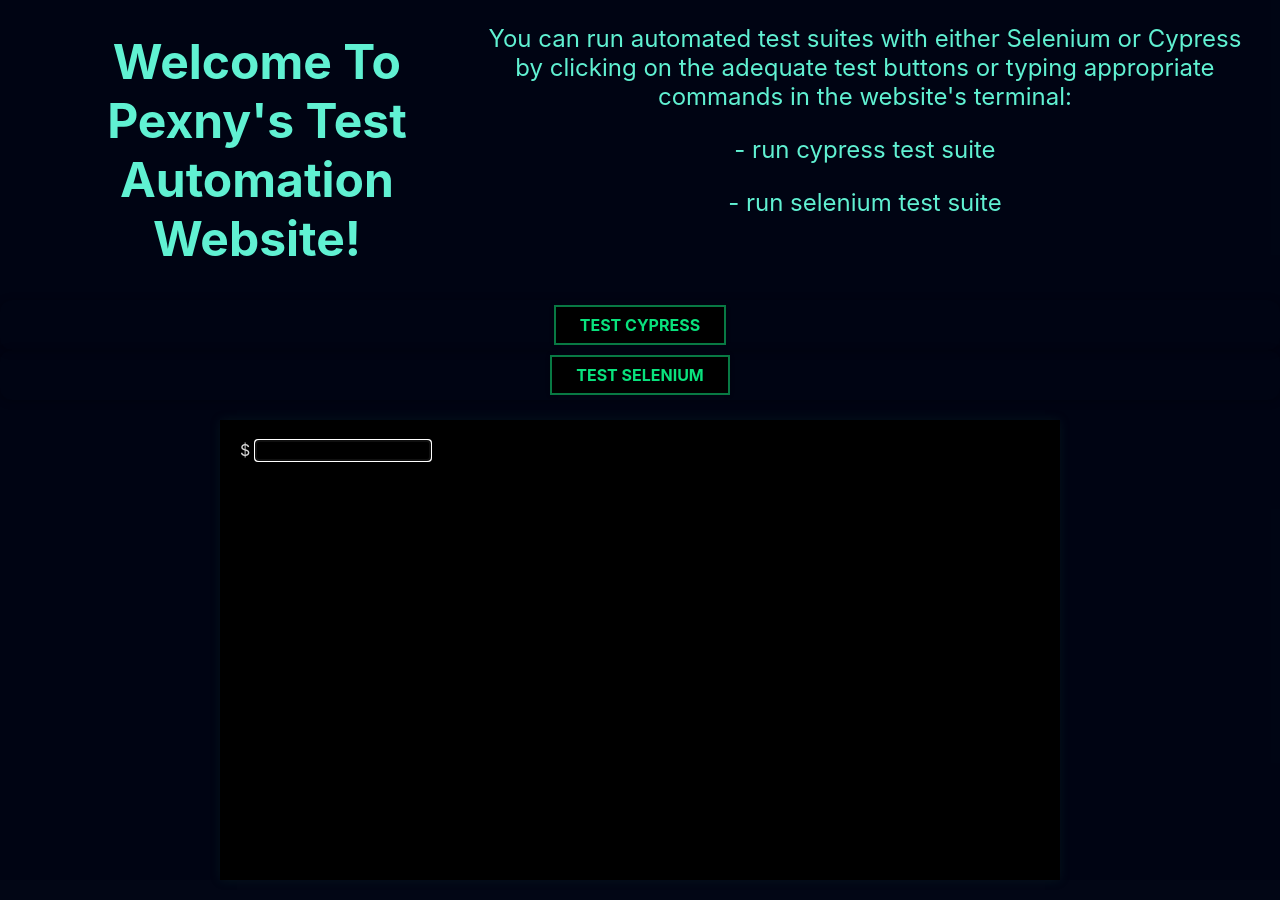
Repository: p3xny/Test-Automation-Website
Page: / (app in client/)
These files come from the project's save history. The page is drawn as it stood at one moment and after the next save; the edit follows.
The browser window is 1280 px wide. The pictures show the whole page.
The project was rebuilt for these pictures with package versions that can differ from the ones it lists, and the page was loaded fresh each time. Also part of the build but not shown: client/src/components/UI/TestMenu.js.

Above is the page before, as saved 2023-08-23 23:18:33.

### client/src/index.css
body {
  margin: 0;
  font-family: -apple-system, BlinkMacSystemFont, "Segoe UI", "Roboto", "Oxygen",
    "Ubuntu", "Cantarell", "Fira Sans", "Droid Sans", "Helvetica Neue",
    sans-serif;
  -webkit-font-smoothing: antialiased;
  -moz-osx-font-smoothing: grayscale;
  background-color: rgba(0, 5, 20, 0.993);
}

code {
  font-family: source-code-pro, Menlo, Monaco, Consolas, "Courier New",
    monospace;
}

### client/src/App.js
import React from "react";

import "./App.css";

import WelcomeMessage from "./components/UI/WelcomeMessage";
import Tests from "./components/Tests";
import Terminal from "./components/Terminal/Terminal";

function App() {
  return (
    <div className="App">
      <header className="App-header">
        <WelcomeMessage />
      </header>
      <Tests testTool="cypress" buttonId="cypress-menu" />
      <Tests testTool="selenium" buttonId="selenium-menu" />
      <Terminal />
    </div>
  );
}

export default App;

### client/src/App.css
.App {
  text-align: center;
  background: rgba(0, 5, 20, 0.993);
}

.App-logo {
  height: 40vmin;
  pointer-events: none;
}

@media (prefers-reduced-motion: no-preference) {
  .App-logo {
    animation: App-logo-spin infinite 20s linear;
  }
}

.App-header {
  /* background-color: rgba(0, 5, 20, 0.993); */
  /* min-height: 100vh; */
  /* display: flex; */
  /* flex-direction: column; */
  /* align-items: center; */
  /* justify-content: center; */
  font-size: calc(10px + 2vmin);
  color: white;
}

.App-link {
  color: #61dafb;
}

@keyframes App-logo-spin {
  from {
    transform: rotate(0deg);
  }
  to {
    transform: rotate(360deg);
  }
}

### client/src/components/UI/WelcomeMessage.js
import React from "react";

import styles from "./WelcomeMessage.module.css";

const WelcomeMessage = (props) => {
  return (
    <div className={styles.WelcomeMessage}>
      <h1>Welcome To Pexny's Test Automation Website!</h1>
      <p>
        You can run automated test suites with either Selenium or Cypress by
        clicking on the adequate test buttons or typing appropriate commands in
        the website's terminal:
        <p>- run cypress test suite</p>
        <p>- run selenium test suite</p>
      </p>
    </div>
  );
};

export default WelcomeMessage;

// const describeOriginal = require("mocha").describe;

// require("mocha").describe = (describeTitle) => {
//   TestListener.watch(describeTitle);
//   describeOriginal(describeTitle);
// };

### client/src/components/Tests.js
import React, { useState, useEffect } from "react";

import styles from "./UI/Button.module.css";

import TestMenu from "./UI/TestMenu";
import Button from "./UI/Button";
import Card from "./UI/Card";

const testCases = [
  {
    cypress: [
      { id: 1, name: "Cypress Full Test", command: "" },
      { id: 2, name: "Cypress Buttons Test", command: "" },
      { id: 3, name: "Cypress Terminal Test", command: "" },
    ],
    selenium: [
      { id: 1, name: "Selenium Full Test", command: "pytest -v" },
      {
        id: 2,
        name: "Selenium Buttons Test",
        command: "pytest -v test_client_buttons.py",
      },
      {
        id: 3,
        name: "Selenium Terminal Test",
        command: "pytest -v test_client_terminal.py",
      },
    ],
  },
];

const Tests = (props) => {
  const [isActive, setIsActive] = useState(false);

  const makeActiveHandler = (event) => {
    setIsActive(true);
    console.log("Activated!");
  };

  const makeInactiveHandler = (event) => {
    setIsActive(false);
  };

  const filterButtons = testCases.find((test) =>
    test.hasOwnProperty(props.testTool)
  );

  return (
    <div>
      {!isActive && (
        <Card>
          <Button
            name={`TEST ${props.testTool.toUpperCase()}`}
            id={`test-button-${props.buttonId}`}
            testFamily={props.testTool}
            onActivate={makeActiveHandler}
          />
        </Card>
      )}
      {isActive && (
        <Card>
          <TestMenu tests={filterButtons[props.testTool]} testTool="cypress" />
          <button
            className={styles.button}
            id={"back-button"}
            onClick={makeInactiveHandler}
          >
            BACK
          </button>
        </Card>
      )}
    </div>
  );
};

export default Tests;

### client/src/components/Terminal/Terminal.js
import React, { useState } from "react";

import styles from "./Terminal.module.css";

import Card from "../UI/Card";

const Terminal = (props) => {
  const [terminalInput, setTerminalInput] = useState("");
  const [terminalOutput, setTerminalOutput] = useState([]);

  const terminalInputHandler = (event) => {
    setTerminalInput(event.target.value);
    console.log(event.target.value);
  };

  const submitHandler = (event) => {
    event.preventDefault();
    writeToTerminal(`$ ${terminalInput}\n`);
    processCommand(terminalInput);
    setTerminalInput("");
  };

  const writeToTerminal = (message) => {
    setTerminalOutput((prevOutput) => [...prevOutput, message]);
  };

  const processCommand = async (command) => {
    try {
      const response = await fetch("http://localhost:5000/run_tests", {
        method: "POST",
        headers: {
          "Content-Type": "application/json",
        },
        body: JSON.stringify({ command }),
      });

      if (command === "clear" || command === "cls") {
        setTerminalOutput([]);
        return;
      }

      const data = await response.json();

      if (data.success) {
        writeToTerminal(data.output);
      } else {
        writeToTerminal(`Error: ${data.error}\n`);
      }
    } catch (error) {
      writeToTerminal(`Error: ${error}\n`);
    }
  };

  const highlightWords = (message) => {
    const greenWords = [
      "success",
      "Success",
      "SUCCESS",
      "passed",
      "Passed",
      "PASSED",
    ];
    const redWords = [
      // "error",
      // "Error",
      // "ERROR",
      "failed",
      "Failed",
      "FAILED",
      "FAILURES",
    ];
    const parts = message.split(
      new RegExp(`(${greenWords.concat(redWords).join("|")})`, "g")
    );

    return parts.map((part, index) => {
      if (greenWords.includes(part.toLowerCase())) {
        return (
          <span className={styles["highlighted-green"]} key={index}>
            {part}
          </span>
        );
      } else if (redWords.includes(part.toLowerCase())) {
        return (
          <span className={styles["highlighted-red"]} key={index}>
            {part}
          </span>
        );
      }
      return part;
    });
  };

  return (
    <div className={styles.terminal}>
      <div id="output">
        {terminalOutput.map((message, index) => (
          <pre key={index} className={styles.outputContent}>
            {highlightWords(message)}
          </pre>
        ))}
      </div>
      <form id="input-form" onSubmit={submitHandler}>
        <span>$</span>
        <input
          className={styles.input}
          type="text"
          id="command-input"
          value={terminalInput}
          onChange={terminalInputHandler}
          autoFocus
        />
      </form>
    </div>
  );
};

export default Terminal;

### client/src/components/UI/WelcomeMessage.module.css
.WelcomeMessage {
  color: rgb(96, 241, 210);
  font-size: 1.5rem;
  /* font-weight: bold; */
  text-align: center;
  margin-left: 2rem;
  margin-right: 2rem;
  margin-top: auto;
  margin-bottom: auto;
  display: flex;
}

### client/src/components/UI/Button.module.css
.button {
  width: 100%;
  font: inherit;
  font-weight: bold;
  padding: 0.5rem 1.5rem;
  border: 2px solid rgb(8, 121, 68);
  color: rgb(9, 226, 125);
  background: black;
  box-shadow: 0 0 4px rgba(0, 0, 0, 0.26);
  cursor: pointer;
  margin: 5px;
}

.button:focus {
  outline: none;
}

.button:hover,
.button:active {
  background: rgb(8, 121, 68);
  border-color: rgb(9, 226, 125);
  color: black;
  box-shadow: 0 0 8px rgba(0, 0, 0, 0.26);
}

@media (min-width: 768px) {
  .button {
    width: auto;
  }
}

### client/src/components/UI/Button.js
import styles from "./Button.module.css";

const Button = (props) => {
  return (
    <button id={props.id} className={styles.button} onClick={props.onActivate}>
      {props.name}
    </button>
  );
};

export default Button;

### client/src/components/UI/Card.js
import styles from "./Card.module.css";

const Card = (props) => {
  const classes = styles.card + " " + props.className;
  return <div className={classes}>{props.children}</div>;
};

export default Card;

### client/src/components/Terminal/Terminal.module.css
.terminal {
  margin-top: 20px;
  margin-bottom: 20px;
  margin-left: auto;
  margin-right: auto;

  /* border: 1px solid rgb(8, 121, 68); */
  padding: 20px;
  width: 80%;
  max-width: 800px;
  min-height: 420px;
  max-height: 420px;
  background-color: black;
  overflow-y: auto;
  overflow-x: auto;
  box-shadow: 0 0 10px rgba(23, 78, 62, 0.2);
  overflow-wrap: break-word;
}

#output {
  white-space: pre-wrap;
}

.outputContent {
  text-align: left;
  font-family: monospace;
  overflow-wrap: break-word;
  color: rgba(255, 255, 255, 0.842);
}

.highlighted-green {
  font-family: monospace;
  font-weight: bold;
  color: rgb(12, 145, 12);
}

.highlighted-red {
  font-family: monospace;
  font-weight: bold;
  color: rgb(158, 2, 2);
}

.input {
  background-color: transparent;
  /* border: none; */
  color: rgba(255, 255, 255, 0.842);
  font-family: monospace;
  caret-color: rgba(255, 255, 255, 0.842);
  margin: 0 5px;
}

form {
  display: flex;
  align-items: left;
}

span {
  color: rgba(255, 255, 255, 0.842);
  font-size: 1rem;
}

Loaded but not shown: client/public/index.html (common file); client/src/index.js (common file); client/src/reportWebVitals.js (common file); client/src/components/UI/Card.module.css (common file)

After the next save:
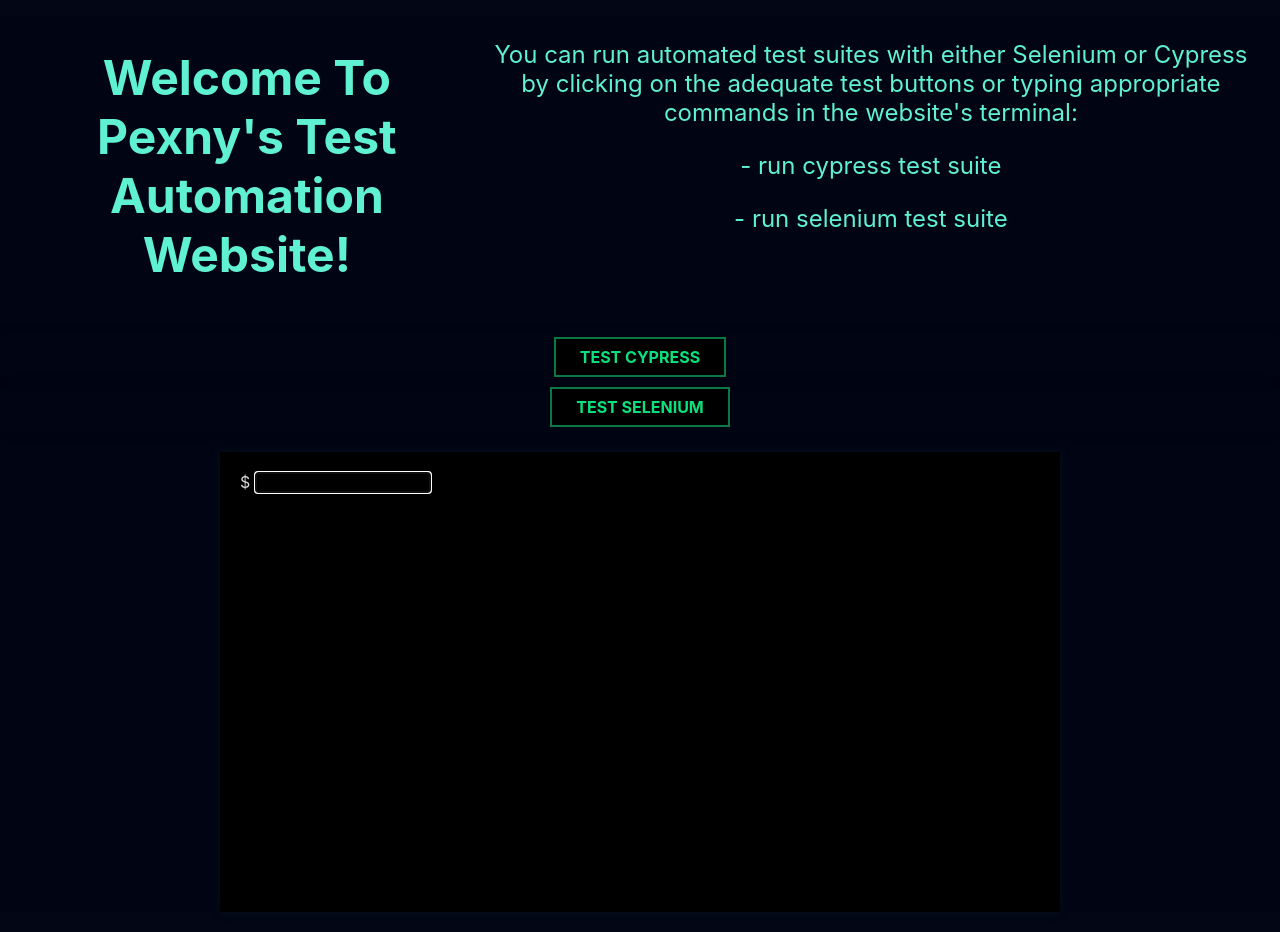
Saved 14 s later.
--- a/client/src/components/UI/WelcomeMessage.module.css
+++ b/client/src/components/UI/WelcomeMessage.module.css
@@ -3,9 +3,6 @@
   font-size: 1.5rem;
   /* font-weight: bold; */
   text-align: center;
-  margin-left: 2rem;
-  margin-right: 2rem;
-  margin-top: auto;
-  margin-bottom: auto;
+  margin: 1rem;
   display: flex;
 }
